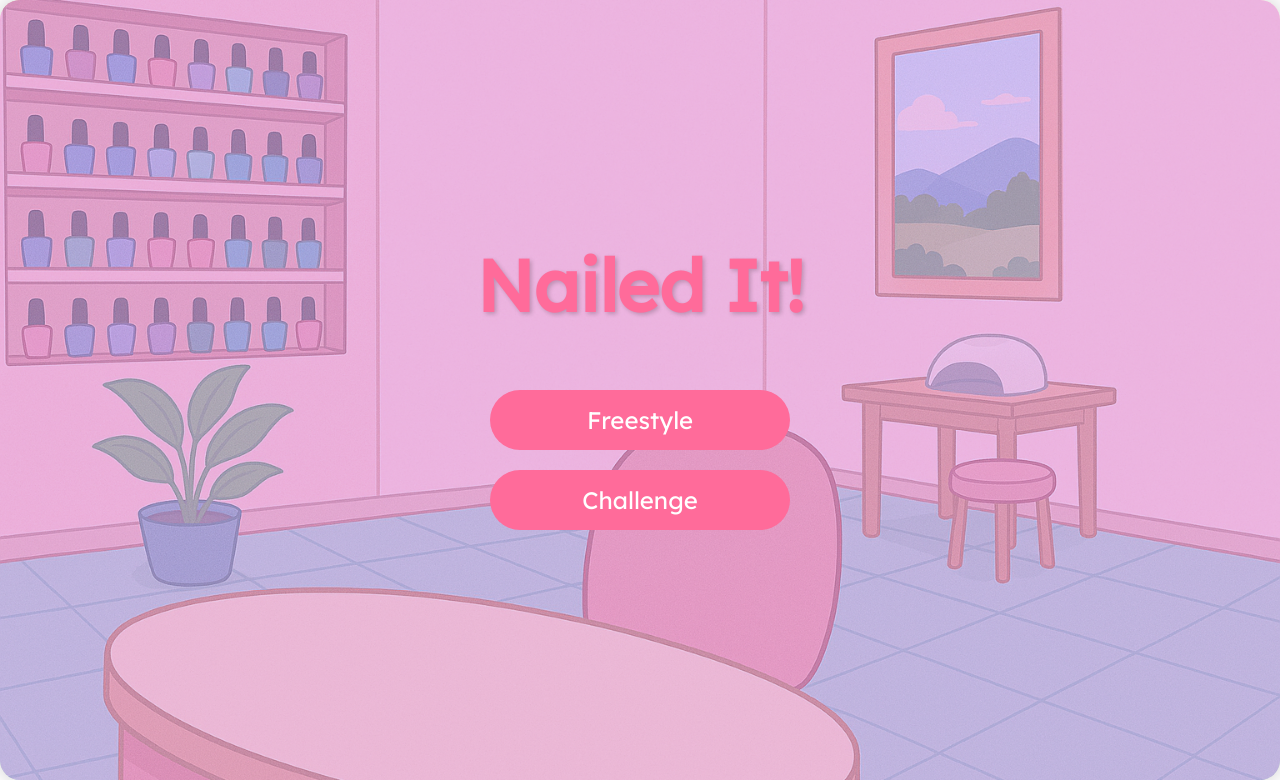
Repository: primcharlin/nailedit
Page: index.html
The author's editor kept a copy of each file at every save. The page is drawn from the files as they stood at one save, then again after the next save.
The browser window is 1280 px wide. The pictures show the whole page.

Above is the page before, as saved 2025-05-05 22:53:11.

After the next save:
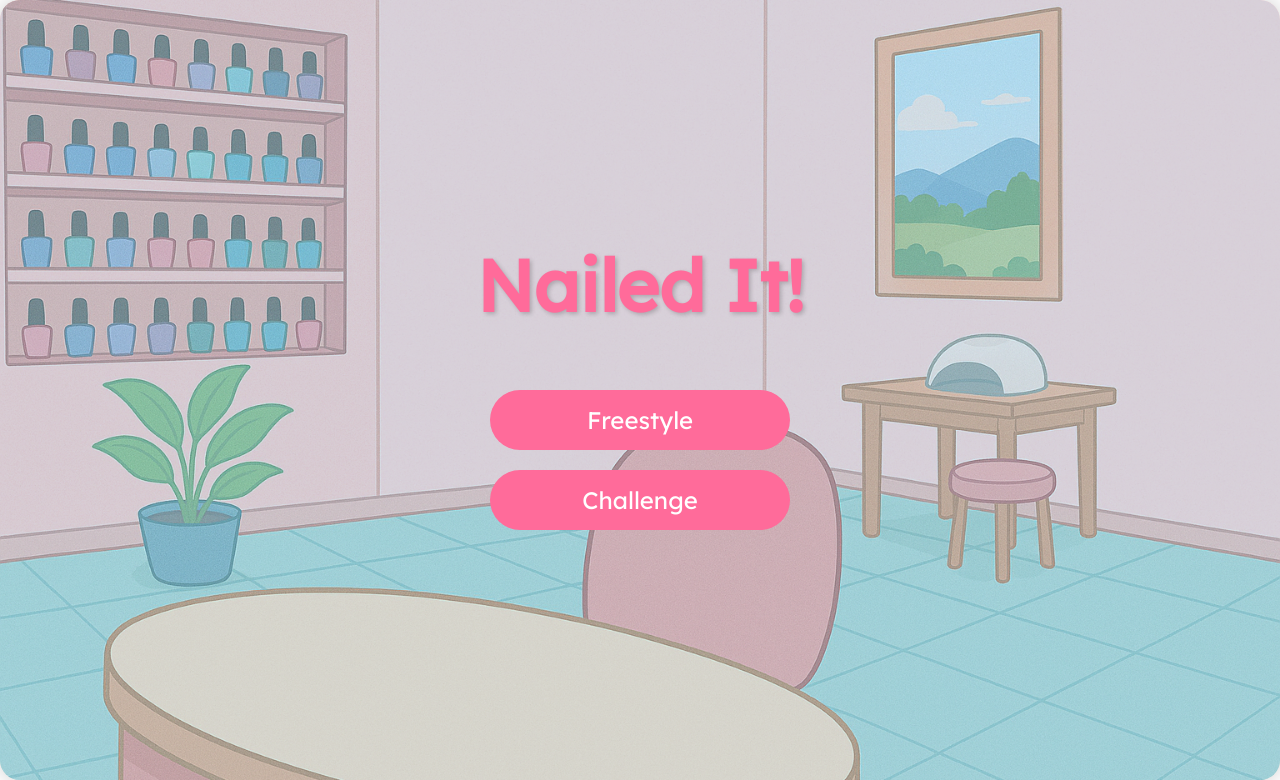
Saved 5 s later.
--- a/styles.css
+++ b/styles.css
@@ -39,7 +39,7 @@ h1 {
     flex-direction: column;
     justify-content: center;
     align-items: center;
-    background-color: rgba(224, 170, 255, 0.563);
+    background-color: rgba(170, 225, 255, 0.456);
     z-index: 100;
 }
 
